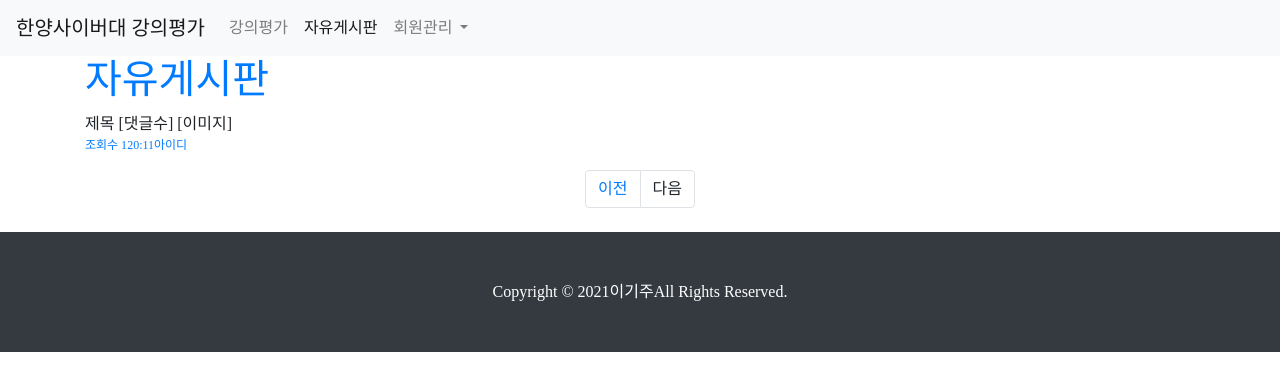
Repository: lkjjjang/hycu
Page: http://localhost/hycujjang/mobile.jsp
These files come from the project's save history. The page is drawn as it stood at one moment and after the next save; the edit follows.
The browser window is 1280 px wide. The pictures show the whole page.
Some web fonts or font styles are not loaded; a fallback is used. The page is served by Tomcat 9. Nobody is signed in. The application's start-up code is not run. Other server files are loaded and not shown. The template is opened directly, without the code that normally fills it, so the values that code supplies are empty.

Above is the page before, as saved 2022-01-02 08:51:17.

### hycujjang/WebContent/mobile.jsp
<%@ page language="java" contentType="text/html; charset=UTF-8"
    pageEncoding="UTF-8"%>
<%@ page import="java.util.ArrayList" %>
<%@ page import="java.net.URLEncoder" %>
<%@ page import="java.io.PrintWriter" %>
<%@ taglib prefix="c" uri="http://java.sun.com/jsp/jstl/core"%>
<%@ taglib prefix="fmt" uri="http://java.sun.com/jsp/jstl/fmt"%>

<!DOCTYPE html>
<html>
<head>
	<meta charset="UTF-8">
	<meta name="viewport" content="width=device-width, initial-scale=1, shrink-to-fit=no">
	<title>한양사이버대 강의평가</title>
	<!-- 부트스트랩 CSS 추가하기 -->
	<link rel="stylesheet"
			href="https://stackpath.bootstrapcdn.com/bootstrap/4.4.1/css/bootstrap.min.css"
			integrity="sha384-Vkoo8x4CGsO3+Hhxv8T/Q5PaXtkKtu6ug5TOeNV6gBiFeWPGFN9MuhOf23Q9Ifjh"
			crossorigin="anonymous">
	<!-- 커스텀 CSS 추가하기 -->
	<link rel="stylesheet" href="./css/custom.css">
</head>
<body>
	<nav class="navbar navbar-expand-md navbar-light bg-light">
		<a class="navbar-brand" href="index.jsp">한양사이버대 강의평가</a>
		<button class="navbar-toggler" type="button" data-toggle="collapse" data-target="#navbar">
			<span class="navbar-toggler-icon"></span>
		</button>
		<div id="navbar" class="collapse navbar-collapse">
			<ul class="navbar-nav mr-auto">
				<li class="nav-item">
					<a class="nav-link" href="lectureBoardController?pageNumber=1">강의평가</a>
				</li>
				<li class="nav-item active">
					<a class="nav-link" href="freeBoardController?pageNumber=1">자유게시판</a>
				</li>
				<li class="nav-item dropdown">
					<a class="nav-link dropdown-toggle" id="dropdown" data-toggle="dropdown" href="index.jsp">
						회원관리
					</a>
					<div class="dropdown-menu" aria-labelledby="dropdown">
						<a class="dropdown-item" href="logout.jsp">로그아웃</a>
					</div>
				</li>
			</ul>
		</div>
	</nav>

	<div class="container">
		<h1>
    		<a class="ed link-primary text-bold title-underline" href="freeBoardController?pageNumber=1">자유게시판</a>
  		</h1>
  		<div class="container">
  			<div class="row">
	  			<div >
	  				제목 [댓글수] [이미지]
	  			</div>
  			</div>
  			<div class="row">
  				<div class='text-primary' style="font-size: 12px;">
	  				조회수 1
	  			</div>
	  			<div class='text-primary' style="font-size: 12px;">
	  				20:11
	  			</div>
	  			<div class='text-primary' style="font-size: 12px; text-align: right">
	  				아이디
	  			</div>
  			</div>
  		</div>
  		<!--
  		${userID == 'admin'} 세션에 있는 유저 아이디
  		넘어오는 목록${freeBBS}
  		<c:if test="${userID == 'admin'}">
			<input type="checkbox" name="delCheck_id" id="delCheck_id" value="${freeBBS.bbsID}">
		</c:if>
		${freeBBS.bbsID}
		<a href="freeBoardDetailController?id=${freeBBS.bbsID}">${freeBBS.bbsTitle}</a>

  		${freeBBS.nickName}
  		${freeBBS.bbsHit}
  		${freeBBS.bbsDate}

  		-->







		<!-- 페이지번호 출력 -->
		<!-- 파라미터로 들어오는 페이지 번호를 이용해 startNum값을 구함 -->
		<div>
			<c:set var="page" value="${(param.pageNumber == null) ? 1 : param.pageNumber}"></c:set>
			<c:set var="startNum" value="${page - (page - 1) % 5}"></c:set>
			<c:set var="lastNum" value="${listCount}"></c:set>

			<ul class="pagination justify-content-center mt-3">
				<c:if test="${param.pageNumber == 1}">
					<li class="page-item"><a class="page-link" onclick="alert('이전 페이지가 없습니다.');">이전</a></li>
				</c:if>
				<c:if test="${param.pageNumber != 1}">
					<li class="page-item"><a class="page-link" href="freeBoardController?pageNumber=${param.pageNumber - 1}">이전</a></li>
				</c:if>

				<c:forEach var="i" begin="0" end="4">
					<c:if test="${(startNum + i) <= lastNum}">
						<c:if test="${param.pageNumber == (startNum + i)}">
							<li class="page-item active"><a class="page-link" href="freeBoardController?pageNumber=${startNum + i}">${startNum + i}</a></li>
						</c:if>
						<c:if test="${param.pageNumber != (startNum + i)}">
							<li class="page-item"><a class="page-link" href="freeBoardController?pageNumber=${startNum + i}">${startNum + i}</a></li>
						</c:if>
					</c:if>
				</c:forEach>

				<c:if test="${param.pageNumber == lastNum}">
					<li class="page-item"><a class="page-link" onclick="alert('다음 페이지가 없습니다.');">다음</a></li>
				</c:if>
				<c:if test="${param.pageNumber != lastNum}">
					<li class="page-item"><a class="page-link" href="freeBoardController?pageNumber=${param.pageNumber + 1}">다음</a></li>
				</c:if>
			</ul>
		</div>
	</div>

	<footer class="bg-dark mt-4 p-5 text-center" style="color: #FFFFFF;">
		Copyright &copy; 2021이기주All Rights Reserved.
	</footer>
	<script src="https://code.jquery.com/jquery-3.6.0.js"
  			integrity="sha256-H+K7U5CnXl1h5ywQfKtSj8PCmoN9aaq30gDh27Xc0jk="
  			crossorigin="anonymous">
	</script>
	<script src="https://cdn.jsdelivr.net/npm/popper.js@1.16.0/dist/umd/popper.min.js"
			integrity="sha384-Q6E9RHvbIyZFJoft+2mJbHaEWldlvI9IOYy5n3zV9zzTtmI3UksdQRVvoxMfooAo"
			crossorigin="anonymous">
	</script>
	<script src="https://maxcdn.bootstrapcdn.com/bootstrap/4.0.0/js/bootstrap.min.js"
			integrity="sha384-JZR6Spejh4U02d8jOt6vLEHfe/JQGiRRSQQxSfFWpi1MquVdAyjUar5+76PVCmYl"
			crossorigin="anonymous">
	</script>
	<script type="text/javascript">
		function guestWrite() {
			alert('게스트 계정은 글작성이 불가능 합니다.');
		}
	</script>
	<script type="text/javascript">
		function deleteAll() {
			var checkList = document.getElementsByName('delCheck_id');
			var checkedList = new Array();
			var count = 0;
			for (var i = 0; i < checkList.length; i++) {
				if (checkList[i].checked == true) {
					count++;
					checkedList[i] = checkList[i].value;
				}
			}

			if (count == 0) {
				alert('선택사항이 없습니다.');
				return;
			}

			var data = new Array();
			for (var i = 0; i < checkedList.length; i++) {
				if (checkedList[i] != null) {
					var dataTemp = new Object();
					dataTemp.id = checkedList[i];
					data.push(dataTemp);
				}
			}

			$.ajax({
				type: "post",
				url: "freeBoardDeleteController",
				data: JSON.stringify(data),
				contentType: "application/json; charset=utf-8",
				dataType: "json",

				success: function(json) {
					if (json[0].resultCode == 'ok') {
						alert('삭제 되었습니다.');
					} else {
						alert('데이터베이스 오류 입니다.');
					}
					location.reload();
				},
				error: function(json) {
					alert('시스템 오류 입니다.')
				}
			});
		}
	</script>
	<script type="text/javascript">
		function select(tagID) {
			var id = tagID.id;
			var checkList = document.getElementsByName('delCheck_id');
			for (var i = 0; i < checkList.length; i++) {
				if (id == 'selectAll') {
					checkList[i].checked = true;
				} else {
					checkList[i].checked = false;
				}
			}

			if (id == 'selectAll') {
				changeId('cancel', '선택해제');
			} else {
				changeId('selectAll', '전체선택');
			}
		}

		function changeId(id, text)  {
			  const btnElement = document.getElementById('checkList');
			  btnElement.innerHTML = '<button class="btn btn-primary" id="' + id + '" onclick="select(this)">'+ text +'</button>' +
			  							'<button class="btn btn-danger" id="deleteAll" onclick="deleteAll()">선택삭제</button>';
		}
	</script>
</body>
</html>

### hycujjang/WebContent/css/custom.css
@import url(https://fonts.googleapis.com/earlyaccess/jejugothic.css);
@import url(https://fonts.googleapis.com/css2?family=Nanum+Gothic&display=swap);
.navbar-brand, h1, h2, h3, h4 {
	font-family: 'Jeju Gothic';
}
h5 {
	font-family: 'Jeju Gothic';
	font-size: 18px;
}
body {
	font-family: 'Nanum Gothic';
}

After the next save:
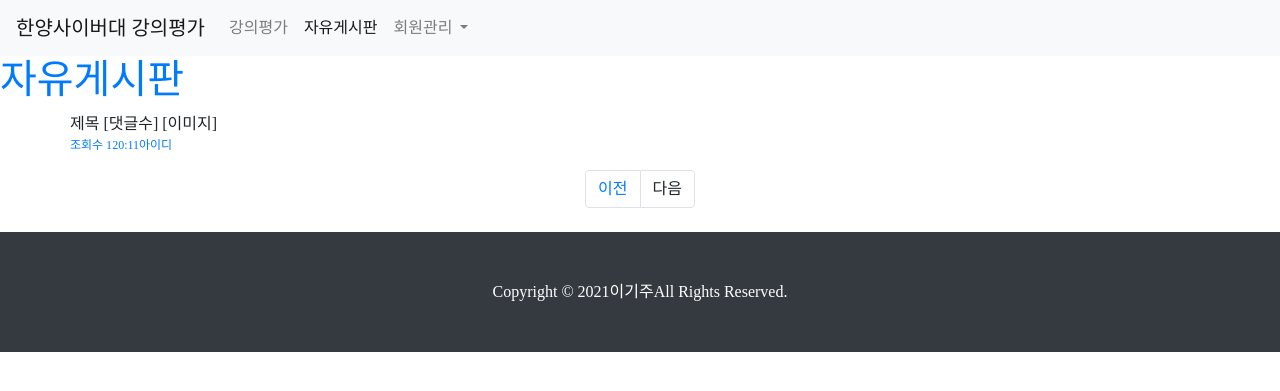
Saved 14 s later.
--- a/hycujjang/WebContent/mobile.jsp
+++ b/hycujjang/WebContent/mobile.jsp
@@ -46,7 +46,6 @@
 		</div>
 	</nav>
 
-	<div class="container">
 		<h1>
     		<a class="ed link-primary text-bold title-underline" href="freeBoardController?pageNumber=1">자유게시판</a>
   		</h1>

After the save that followed:
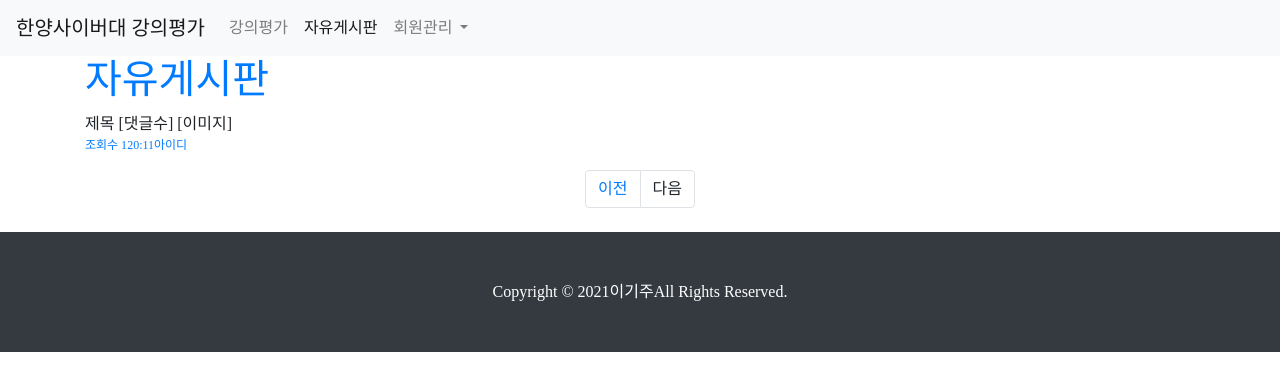
Saved 15 s later.
--- a/hycujjang/WebContent/mobile.jsp
+++ b/hycujjang/WebContent/mobile.jsp
@@ -46,6 +46,7 @@
 		</div>
 	</nav>
 
+	<div class="container">
 		<h1>
     		<a class="ed link-primary text-bold title-underline" href="freeBoardController?pageNumber=1">자유게시판</a>
   		</h1>
